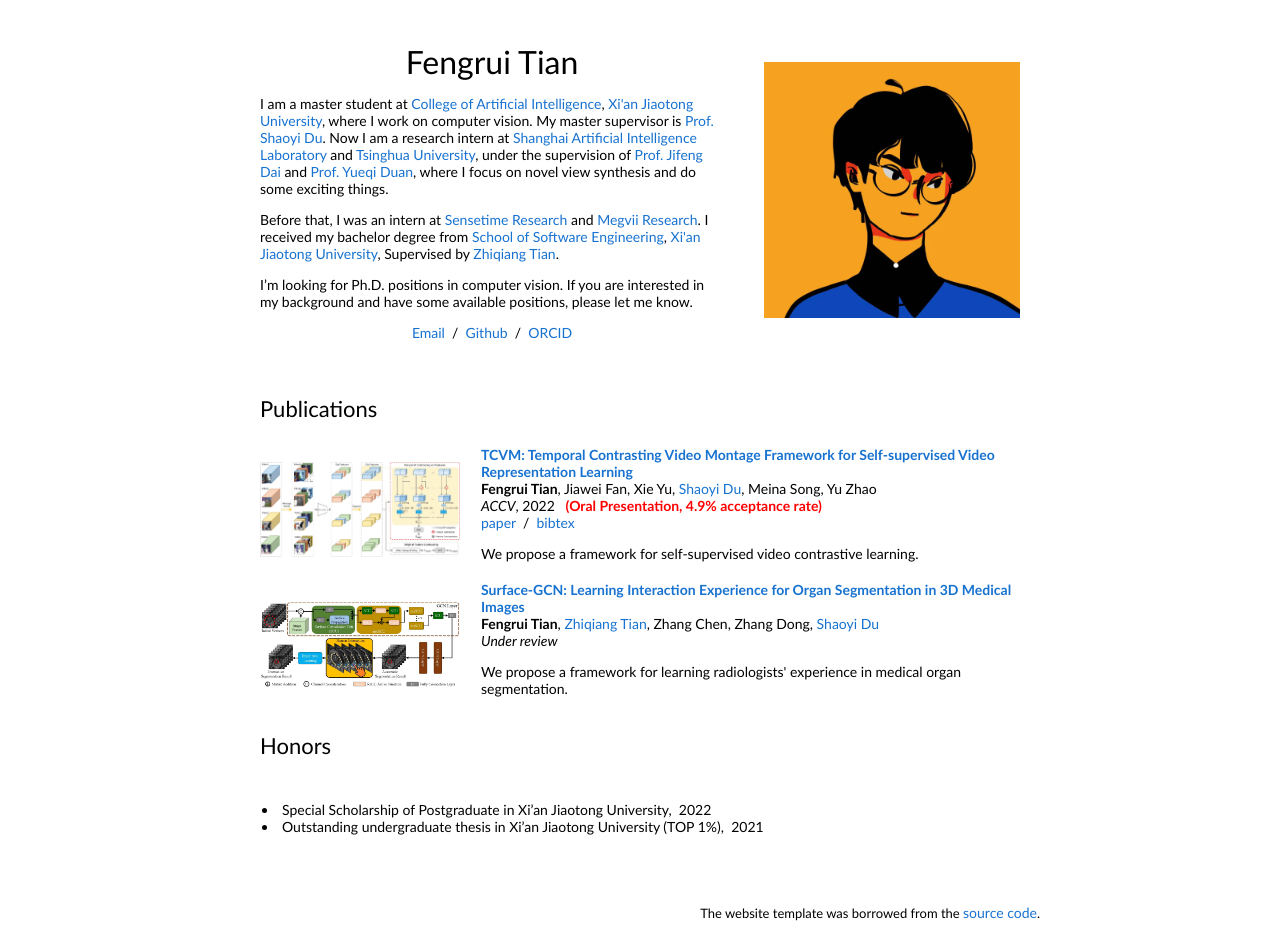
Repository: tianfr/tianfr.github.io
Page: index.html
The author's editor kept a copy of each file at every save. The page is drawn from the files as they stood at one save, then again after the next save.
The browser window is 1280 px wide. The pictures show the whole page.

Above is the page before, as saved 2022-11-20 15:57:59.

After the next save:
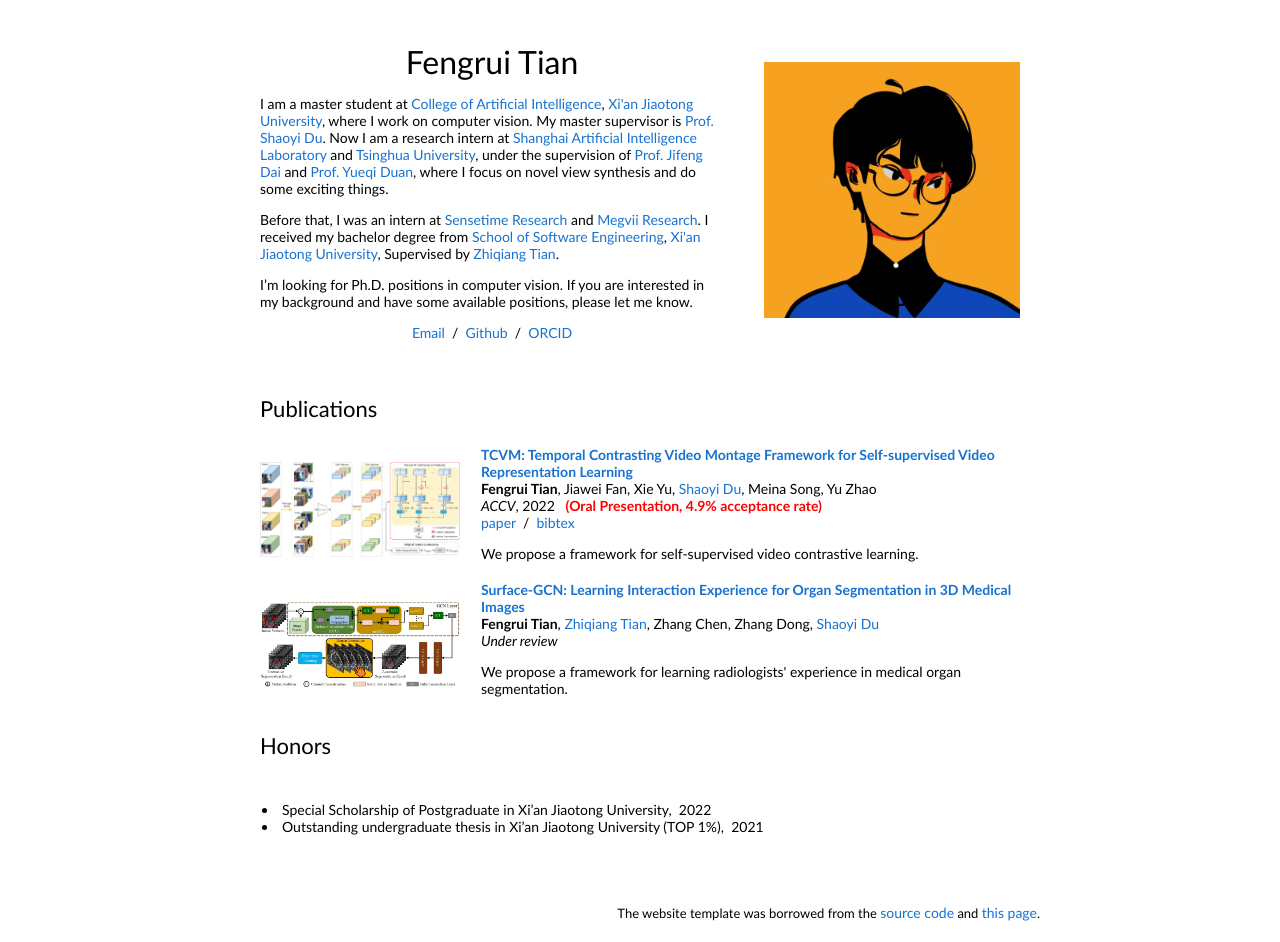
Saved 5 min 22 s later.
--- a/index.html
+++ b/index.html
@@ -157,7 +157,7 @@
             <td style="padding:0px">
               <br>
               <p style="text-align:right;font-size:small;">
-                The website template was borrowed from the <a href="https://github.com/jonbarron/website">source code</a>.
+                The website template was borrowed from the <a href="https://github.com/jonbarron/website">source code</a> and <a href="https://jonbarron.info/"> this page</a>.
               </p>
             </td>
           </tr>
